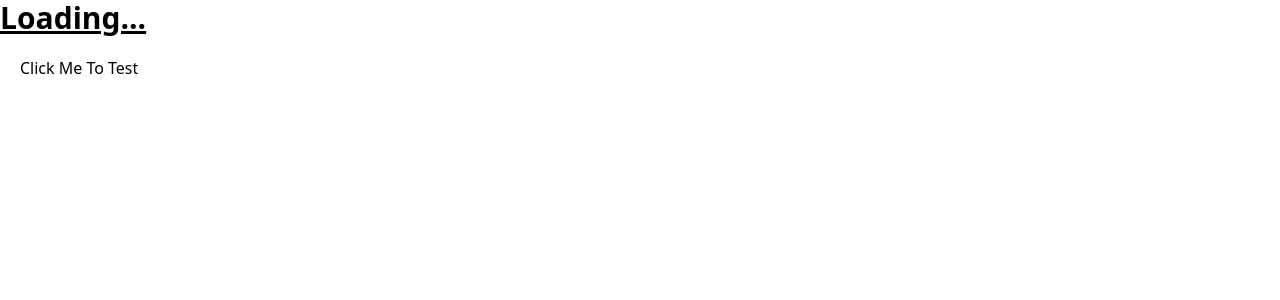
Repository: Renzo-Salosagcol/COGTracker
Page: /
An editor plug-in stored every save of this project. The page is shown before and after a run of saves, followed by the edit.
The browser window is 1280 px wide. The pictures show the whole page.
The project was rebuilt for these pictures with package versions that can differ from the ones it lists, and the page was loaded fresh each time. Also part of the build but not shown: vite.config.js.

Above is the page before, as saved 2026-05-06 14:09:09.

### index.html
<!doctype html>
<html lang="en">
  <head>
    <meta charset="UTF-8" />
    <link rel="icon" type="image/svg+xml" href="/favicon.svg" />
    <meta name="viewport" content="width=device-width, initial-scale=1.0" />
    <title>cogtracker</title>
  </head>
  <body>
    <div id="root"></div>
    <script type="module" src="/src/main.jsx"></script>
  </body>
</html>

### src/index.css
@import "tailwindcss";

@theme {
  --color-background: var(--background);
  --color-foreground: var(--foreground);

  --color-primary: var(--primary);
  --color-secondary: var(--secondary);

  --animate-fade-in: fade-in 1s ease-in forwards;
}

@layer base {
  /* Light Theme */
  :root {
    --background: #ffffff;
    --foreground: #000000;

    --primary: #000000;
  }

  /* Dark Theme */
  .dark {
    --background: #000000;
    --foreground: #ffffff;

    --primary: #ffffff;
  }

  html {
    @apply scroll-smooth;
  }

  body {
    @apply bg-background text-foreground transition-colors duration-300;
  }
}

### src/App.jsx
import './index.css'

//Import Variables & React Functions
import { COG_TRACKER_SERVER } from './config'
import { useState, useEffect } from 'react'

export default function App() {
  const [data, setData] = useState(null)

  useEffect(() => {
    // Simulate an API call
    const fetchData = async () => {
      const response = await fetch(COG_TRACKER_SERVER, {
        method: 'GET',
        headers: {
          'Content-Type': 'application/json',
        },
      })
      const result = await response.json()
      console.log(result)
      setData(result.message)
    }

    fetchData()
  }, [])

  return (
    <>
      <h1 className="text-3xl text-primary font-bold underline">{data ? data : 'Loading...'}</h1>
      <form>
        <button type="submit" className="bg-background text-primary p-5 rounded-lg cursor-pointer:hover">Click Me To Test</button>
      </form>
    </>
  )
}

### src/config.js
export const COG_TRACKER_SERVER = 'http://localhost:3000'

Loaded but not shown: src/main.jsx (common file)

After the next 2 saves:
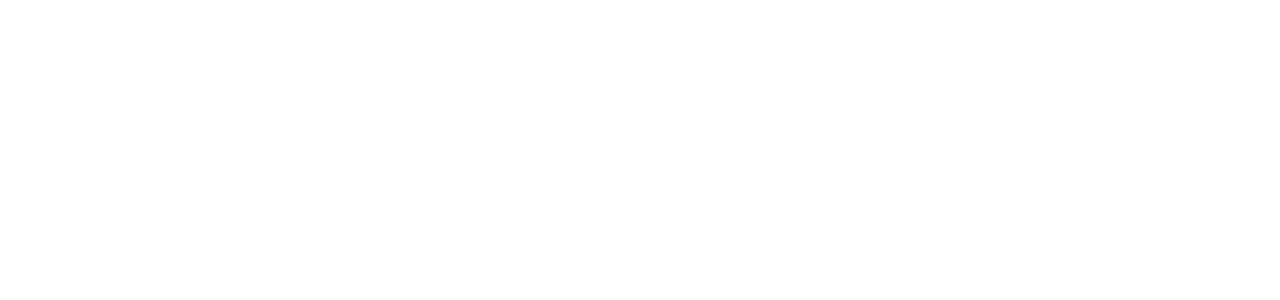
Console error (its wording comes from the project's code and is left out).
The 2 saves are shown as one change because 1 did not build or start.
The last was saved 28 s later.
--- a/src/App.jsx
+++ b/src/App.jsx
@@ -5,7 +5,7 @@
 import { useState, useEffect } from 'react'
 
 export default function App() {
-  const [data, setData] = useState(null)
+  const [data, setData] = useState<String>("Loading...")
 
   useEffect(() => {
     // Simulate an API call
@@ -26,7 +26,7 @@
 
   return (
     <>
-      <h1 className="text-3xl text-primary font-bold underline">{data ? data : 'Loading...'}</h1>
+      <h1 className="text-3xl text-primary font-bold underline">{data}</h1>
       <form>
         <button type="submit" className="bg-background text-primary p-5 rounded-lg cursor-pointer:hover">Click Me To Test</button>
       </form>

After the save that followed:
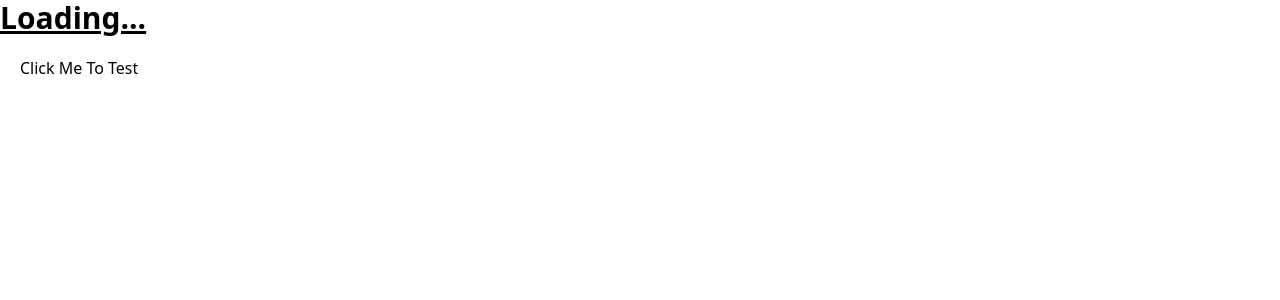
The error is gone.
Saved 18 s later.
--- a/src/App.jsx
+++ b/src/App.jsx
@@ -5,7 +5,7 @@
 import { useState, useEffect } from 'react'
 
 export default function App() {
-  const [data, setData] = useState<String>("Loading...")
+  const [data, setData] = useState("Loading...")
 
   useEffect(() => {
     // Simulate an API call
